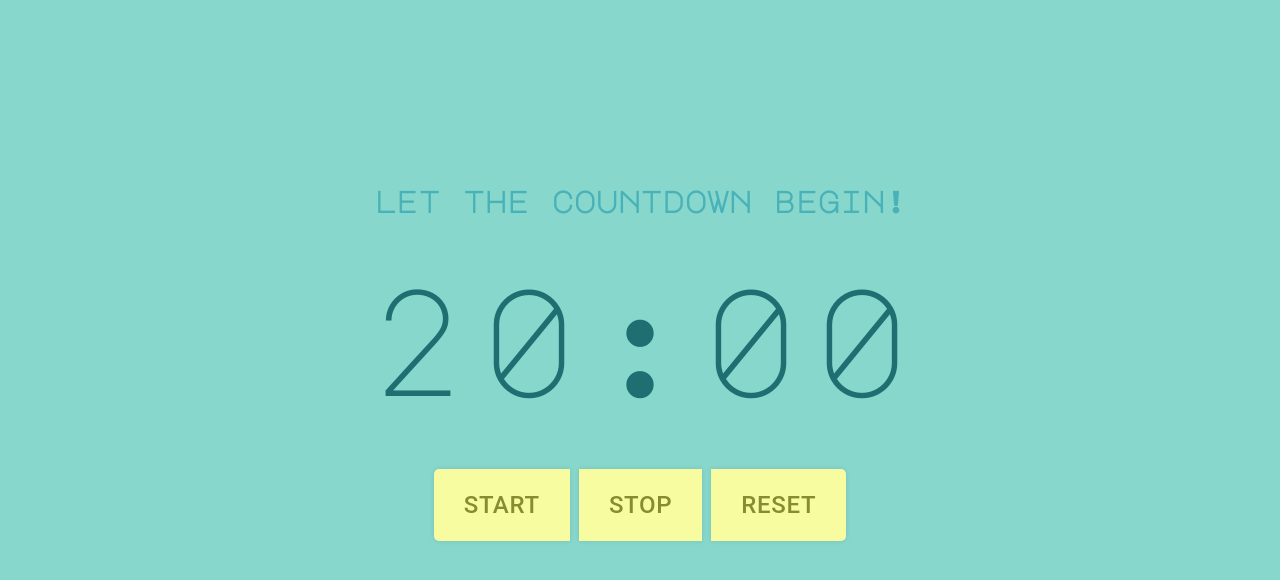
Repository: realistmccoy/pomodoro
Page: /
The author's editor kept a copy of each file at every save. The page is drawn from the files as they stood at one save, then again after the next save.
The browser window is 1280 px wide. The pictures show the whole page.
The project was rebuilt for these pictures with package versions that can differ from the ones it lists, and the page was loaded fresh each time.

Above is the page before, as saved 2020-12-10 00:45:02.

### src/App.js
import React, { useState, useRef } from 'react';
import './App.css';
import { Button , ButtonGroup} from '@material-ui/core';

function padTime(time) {
	return time.toString().padStart(2, '0');
}

export default function App() {
	const [title, setTitle] = useState('let the countdown begin!');
	const [timeLeft, setTimeLeft] = useState(20 * 60);
	const intervalRef = useRef(null);

	function startTimer() {
		intervalRef.current = setInterval(() => {
			setTimeLeft((timeLeft) => {
				if (timeLeft >= 1) return timeLeft - 1;

				return 0;
			});
		}, 1000);
	}

	function stopTimer() {
		clearInterval(intervalRef.current);
		console.log(intervalRef.current);
	}

	const minutes = padTime(Math.floor(timeLeft / 60));
	const seconds = padTime(timeLeft - minutes * 60);

	return (
		<div className='app'>
			<h2>{title}</h2>

			<div className='timer'>
				<span>{minutes}</span>
				<span>:</span>
				<span>{seconds}</span>
			</div>

			<div className='buttons'>
				<ButtonGroup color="secondary" aria-label="outlined secondary button group">
				<Button color='primary' onClick={startTimer}>
					Start
				</Button>
				<Button onClick={stopTimer}>Stop</Button>
				<Button>Reset</Button>
				</ButtonGroup>
			</div>
		</div>
	);
}

### src/App.css
@import url('https://fonts.googleapis.com/css2?family=Major+Mono+Display&display=swap');

* {
  box-sizing: border-box;
}

body {
  padding: 0;
  margin: 0;
  font-family: 'Major Mono Display', monospace;
  line-height: 1.5;
}

.app {
  min-height: 100vh;
  padding-left: 20px;
  padding-right: 20px;
  display: flex;
  flex-direction: column;
  align-items: center;
  justify-content: center;
  background: #87d7cc;
  color: #2c888d;
}

h2 {
  color: #49b2b8;
  font-size: 30px;
  text-align: center;
  margin: 0;
}

.timer {
  color: #1f6e72;
  font-size: 150px;
  margin-bottom: 20px;
}

.buttons button {
  outline: none;
  border: none;
  font-size: 24px;
  background: #f7fca0;
  color: #878b32;
  border-radius: 5px;
  box-shadow: 0 0 5px rgba(0, 0, 0, 0.1);
  padding: 15px 30px;
  cursor: pointer;
  transition: 0.3s ease all;
}

.buttons button:hover {
  border-radius: 10px;
  background: #f5f8ca;
  box-shadow: 0 0 10px rgba(0, 0, 0, 0.15);
  transform: translateY(-2px);
}

.buttons button:not(:last-child) {
  margin-right: 10px;
}

@media (max-width: 780px) {
  h2 {
    font-size: 22px;
  }

  .timer {
    font-size: 80px;
  }

  .buttons button {
    font-size: 18px;
  }
}

Loaded but not shown: public/index.html (common file); src/index.js (common file)

After the next save:
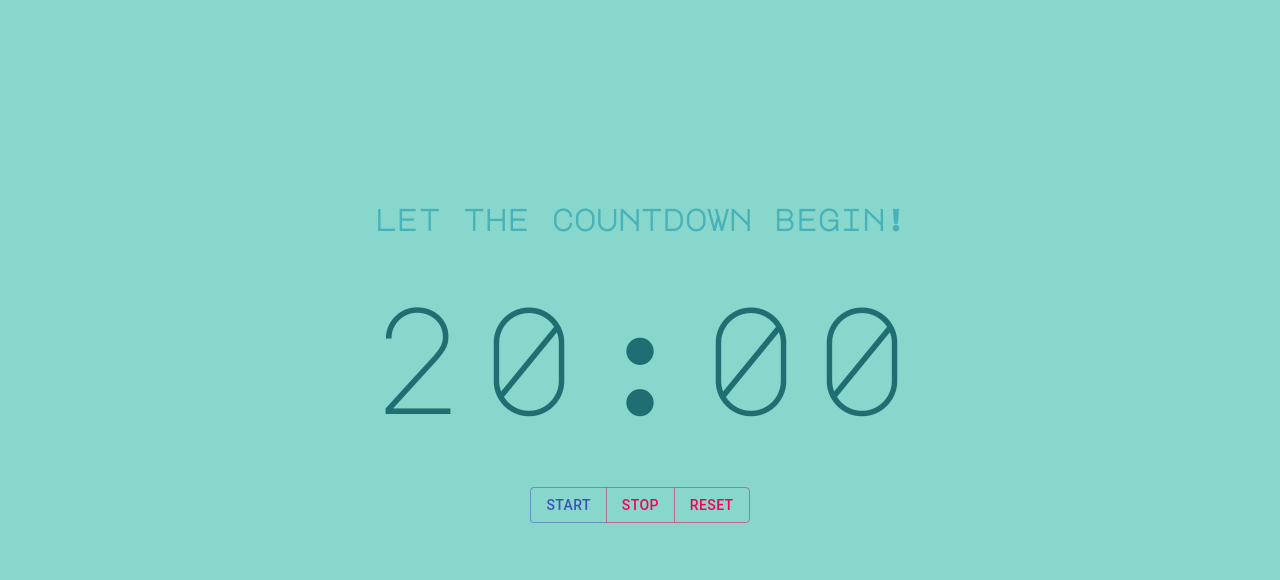
Saved 14 s later.
--- a/src/App.js
+++ b/src/App.js
@@ -1,6 +1,6 @@
 import React, { useState, useRef } from 'react';
 import './App.css';
-import { Button , ButtonGroup} from '@material-ui/core';
+import { Button, ButtonGroup } from '@material-ui/core';
 
 function padTime(time) {
 	return time.toString().padStart(2, '0');
@@ -39,13 +39,16 @@ export default function App() {
 				<span>{seconds}</span>
 			</div>
 
-			<div className='buttons'>
-				<ButtonGroup color="secondary" aria-label="outlined secondary button group">
-				<Button color='primary' onClick={startTimer}>
-					Start
-				</Button>
-				<Button onClick={stopTimer}>Stop</Button>
-				<Button>Reset</Button>
+			<div>
+				<ButtonGroup
+					color='secondary'
+					aria-label='outlined secondary button group'
+				>
+					<Button color='primary' onClick={startTimer}>
+						Start
+					</Button>
+					<Button onClick={stopTimer}>Stop</Button>
+					<Button>Reset</Button>
 				</ButtonGroup>
 			</div>
 		</div>
